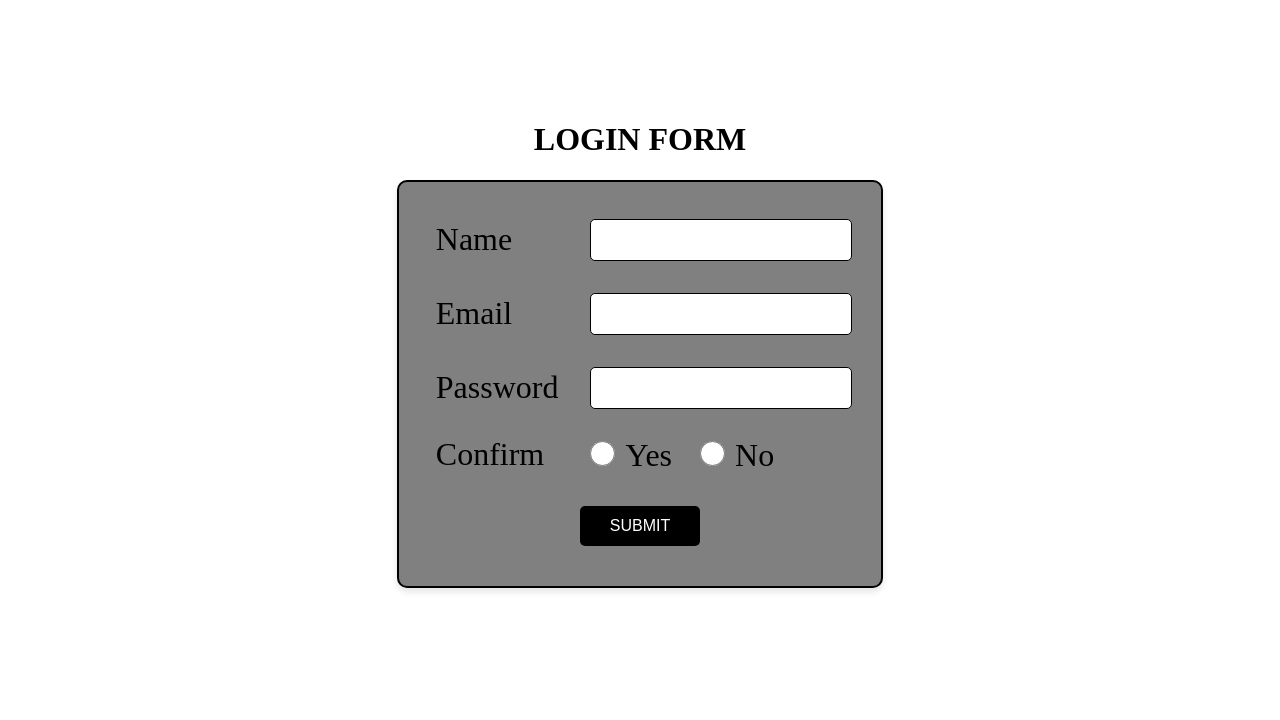
Repository: obusakthi539/Loginform
Page: Form.html
An editor plug-in stored every save of this project. The page is shown before and after the next save, followed by the edit.
The browser window is 1280 px wide. The pictures show the whole page.

Above is the page before, as saved 2025-01-11 14:26:29.

After the next save:
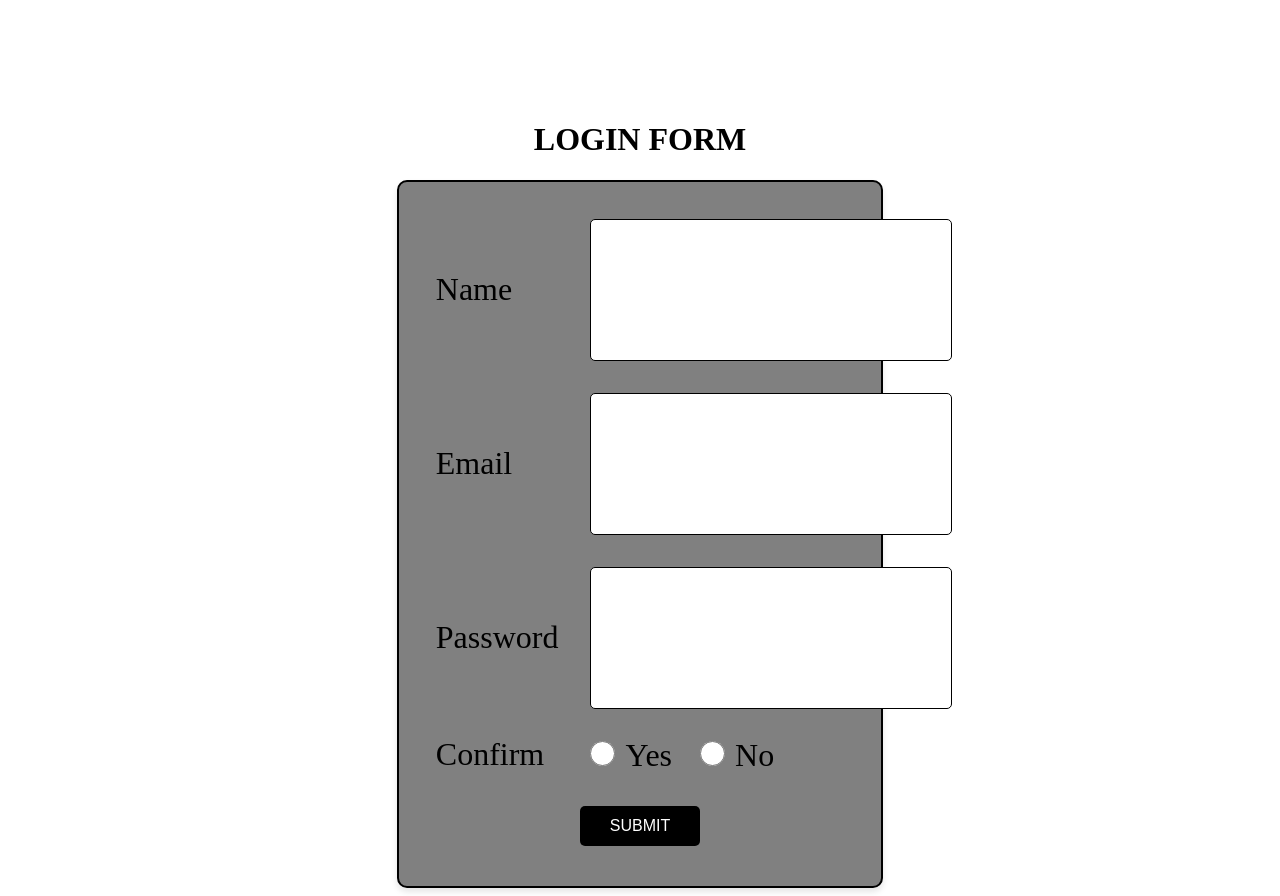
Saved 40 s later.
--- a/Form.html
+++ b/Form.html
@@ -29,7 +29,7 @@
             margin: 5px 0;
             border: 1px solid black;
             border-radius: 5px;
-            padding: 5px;
+            padding: 55px;
         }
         #i {
             width: 25px;

After the save that followed:
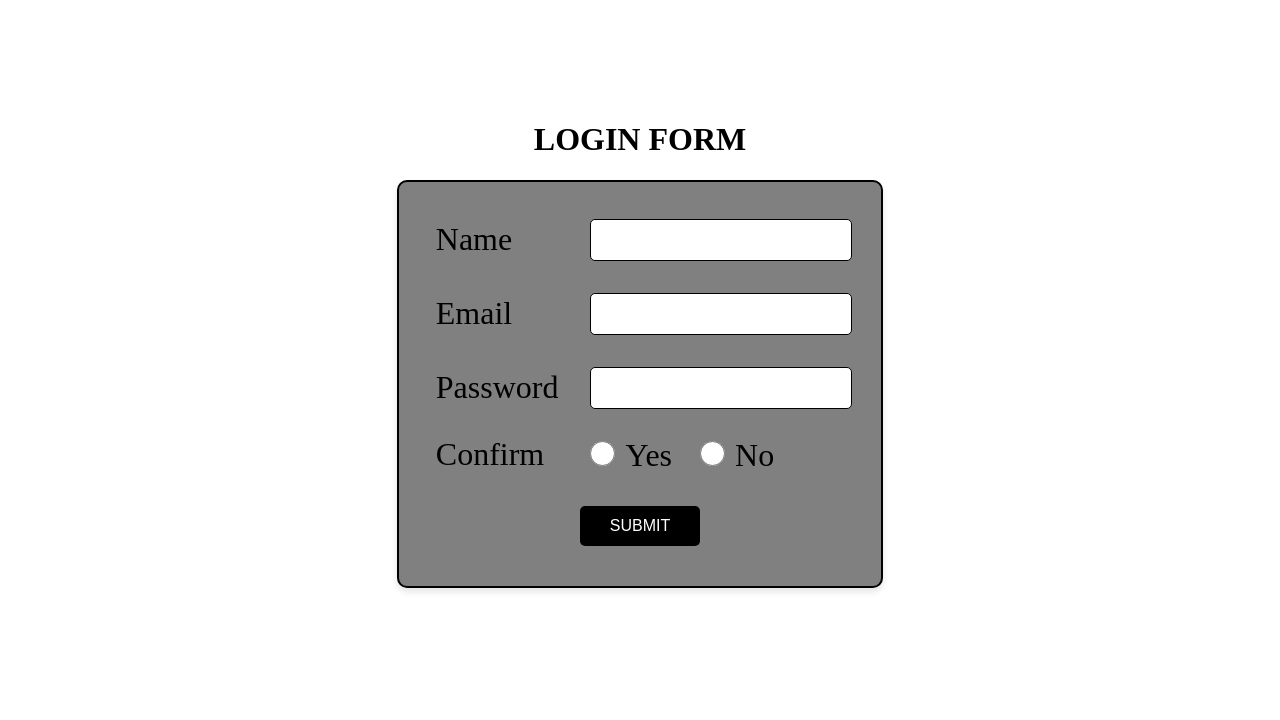
Saved 6 s later.
--- a/Form.html
+++ b/Form.html
@@ -29,7 +29,7 @@
             margin: 5px 0;
             border: 1px solid black;
             border-radius: 5px;
-            padding: 55px;
+            padding: 5px;
         }
         #i {
             width: 25px;
